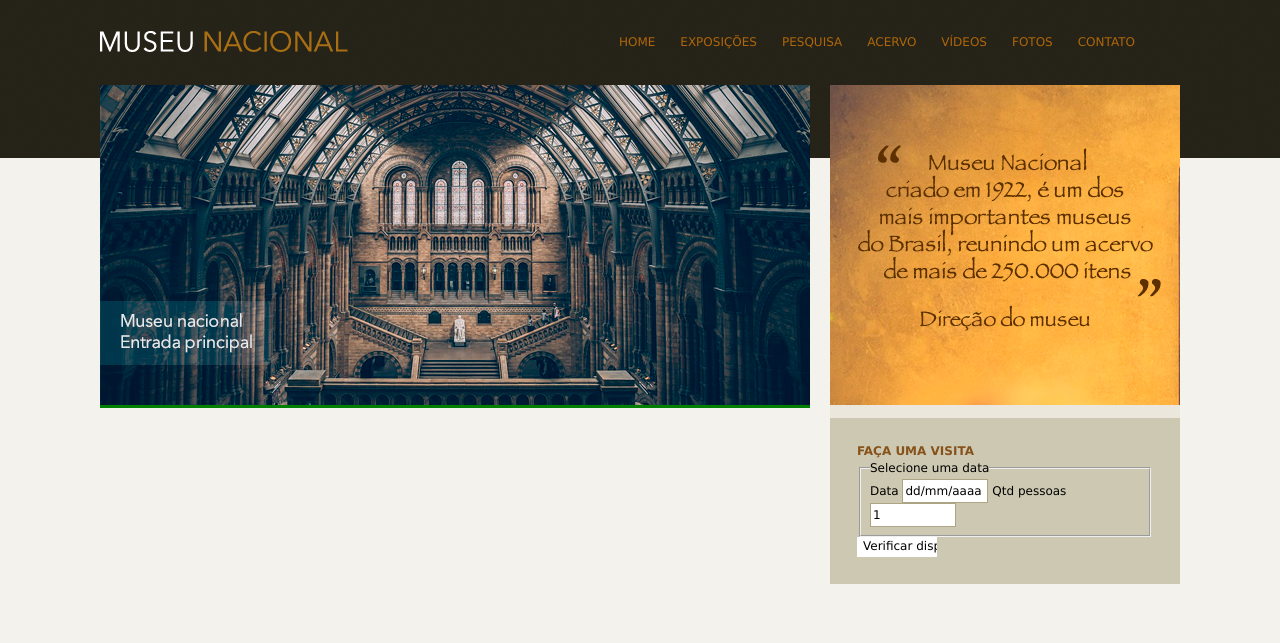
Repository: GustavoScopinho/Museu-Nacional
Page: index.html
An editor plug-in stored every save of this project. The page is shown before and after the next save, followed by the edit.
The browser window is 1280 px wide. The pictures show the whole page.

Above is the page before, as saved 2022-07-05 01:19:11.

### index.html
<!DOCTYPE html>
<html>
  <head>
    <title>Museu Nacional</title>
    <meta charset="utf-8" />
    <link rel="stylesheet" type="text/css" href="css/normalize.css" />
    <link rel="stylesheet" type="text/css" href="css/style.css" />
  </head>

  <body>
    <div id="container">
      <!-- Inicio container -->

      <header>
        <div id="logo">
          <h1><a href="">Museu Nacional</a></h1>
        </div>

        <nav>
          <ul>
            <li><a href="#">Home</a></li>
            <li><a href="#">Exposições</a></li>
            <li><a href="#">Pesquisa</a></li>
            <li><a href="#">Acervo</a></li>
            <li><a href="#">Vídeos</a></li>
            <li><a href="#">Fotos</a></li>
            <li><a href="#">Contato</a></li>
          </ul>
        </nav>
      </header>

      <div id="principal">
        <div id="conteudo">
          <section id=" capa">
            <img src="img/museu.png">
          </section>
        </div>
      <aside>
        <section id="depoimento">
          <img src="img/depoimento.png">
        </section>

      <section id="visita">
        <h4>Faça uma visita</h4>
          <form>
            <fieldset>
                <legend>Selecione uma data</legend>

                <label for="data" >Data</label>
                <input class="campo" type="text" id="data" value="dd/mm/aaaa">

                <label  for="qtd" >Qtd pessoas</label>
                <input class="campo" type="text" id="qtd" value="1">

            </fieldset>
            <input type="submit" value="Verificar disponibilidade">
          </form>
      </section>

      </aside>
    </div>
    <!-- fim container -->
  </body>
</html>

### css/style.css

body {
  background: #f4f2ec url(../img/fundo.png) repeat-x;
  font: 12px "Lucida Grande", "Lucida Sans Unicode", Arial, sans-serif ;
}

#container {
  width: 1080px;
  margin: 0 auto;
}

a:link, a:active, a:visited {
  color: #af670a;
  text-decoration: none;
}

a:hover {
  color: #227115;
}

/* LOGO */

#logo h1{
  float: left;
}
#logo a {
  width: 248px;
  height: 21px;
  text-indent: -9999px;
  display: block;
  background: url(../img/logo.png) no-repeat;
}

/* navegation */

header{
  padding: 15px 0;
  height: 55px;
}

nav ul {
  list-style: none;
  margin: 20px;
  float: right;
}
nav ul li {
  float: left;
}

nav ul li a:link {
  display: block;
  margin-right: 25px;
  padding-bottom: 3px;
  text-transform: uppercase;
}

nav ul li a:hover {
  border-bottom: 1px solid #535858;
}

/* Principal */

#conteudo {
  width: 710px;
  float: left;
  background: green;
}
aside {
  width: 350px;
  float: right;
  background: #ebe7dd;
}

section#visita {
  background: #cdc8b1;
  padding: 10px 27px 27px 27px;
  margin-top: 10px;
}

h4 {
  color: #86521a;
  text-transform: uppercase;
  padding-bottom: 3px;
  margin-bottom: 0;
}

/* Formulario */

input {
  height: 20px;
  width: 80px;
  background: #fff;
  border: none;
  font-size: 1em;
}
input.campo {
  border:1px solid #ada484;
}

input.botao {
  background: #9b9271;
  color: white;
  width: 100%;
  height: 40px;
  font-size: 1.2em;
}

Loaded but not shown: css/normalize.css (library)

After the next save:
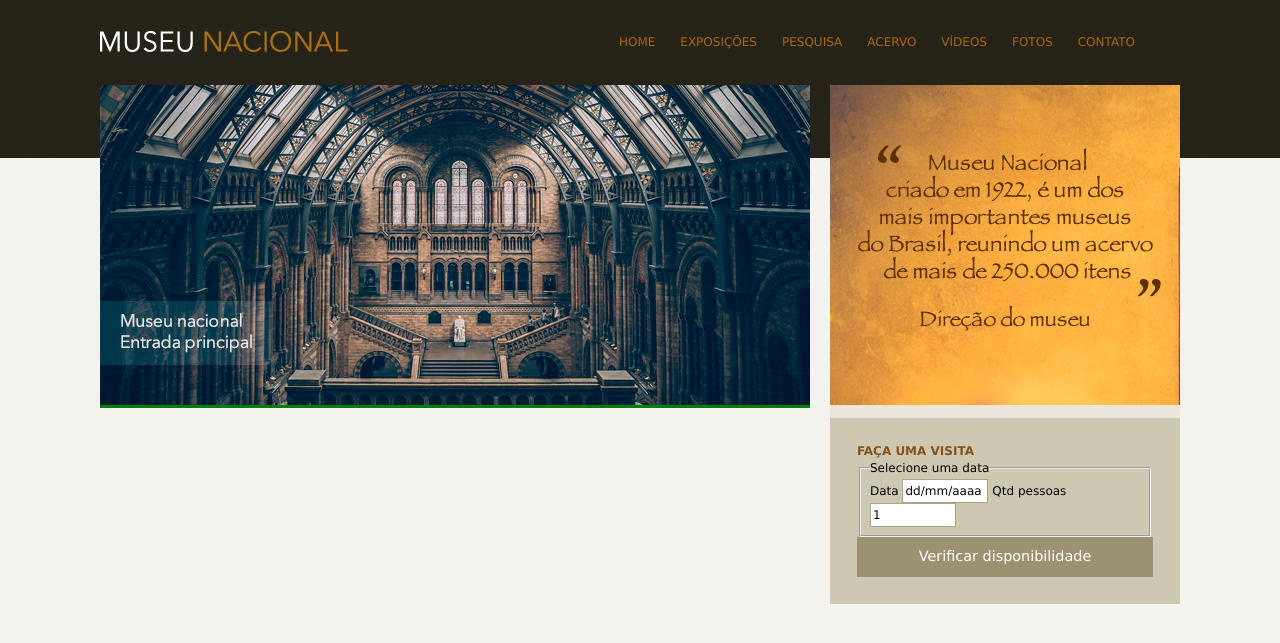
Saved 23 s later.
--- a/index.html
+++ b/index.html
@@ -53,7 +53,7 @@
                 <input class="campo" type="text" id="qtd" value="1">
 
             </fieldset>
-            <input type="submit" value="Verificar disponibilidade">
+            <input class="botao" type="submit" value="Verificar disponibilidade">
           </form>
       </section>
 
